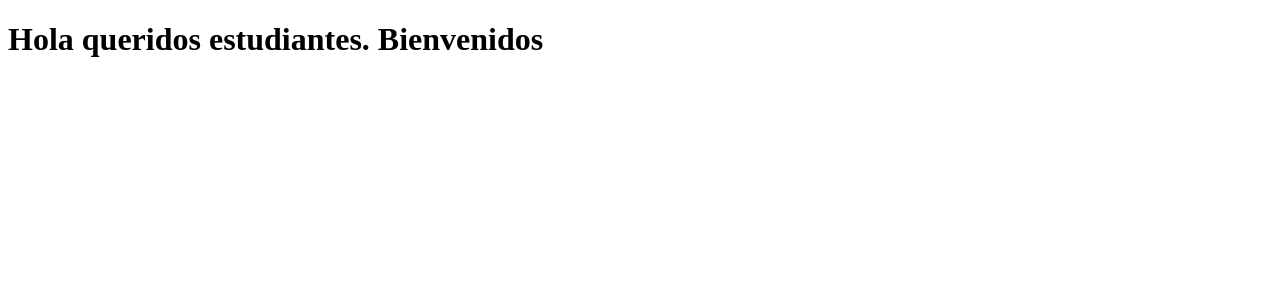
Repository: Ro-Brewing-Co/Mywebprimera
Page: web.html
The author's editor kept a copy of each file at every save. The page is drawn from the files as they stood at one save, then again after the next save.
The browser window is 1280 px wide. The pictures show the whole page.

Above is the page before, as saved 2024-10-05 18:58:08.

After the next save:
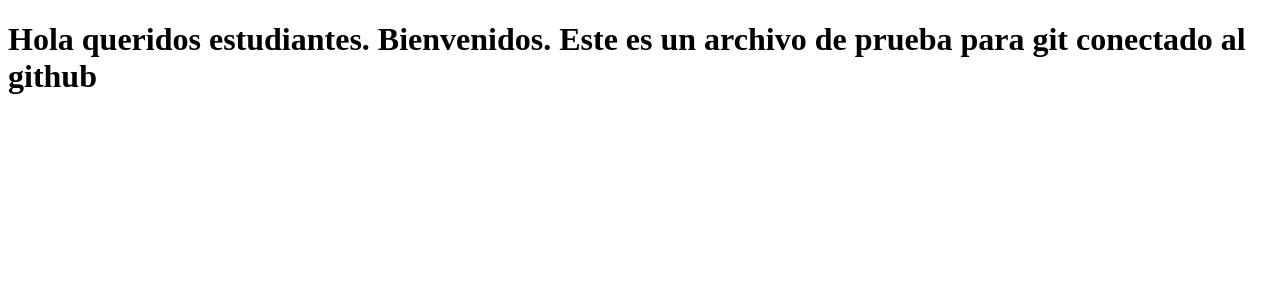
Saved 4 days later.
--- a/web.html
+++ b/web.html
@@ -8,7 +8,7 @@
 <body>
     <div>
         <h1>
-            Hola queridos estudiantes. Bienvenidos
+            Hola queridos estudiantes. Bienvenidos. Este es un archivo de prueba para git conectado al github
         </h1>
     </div>
 
